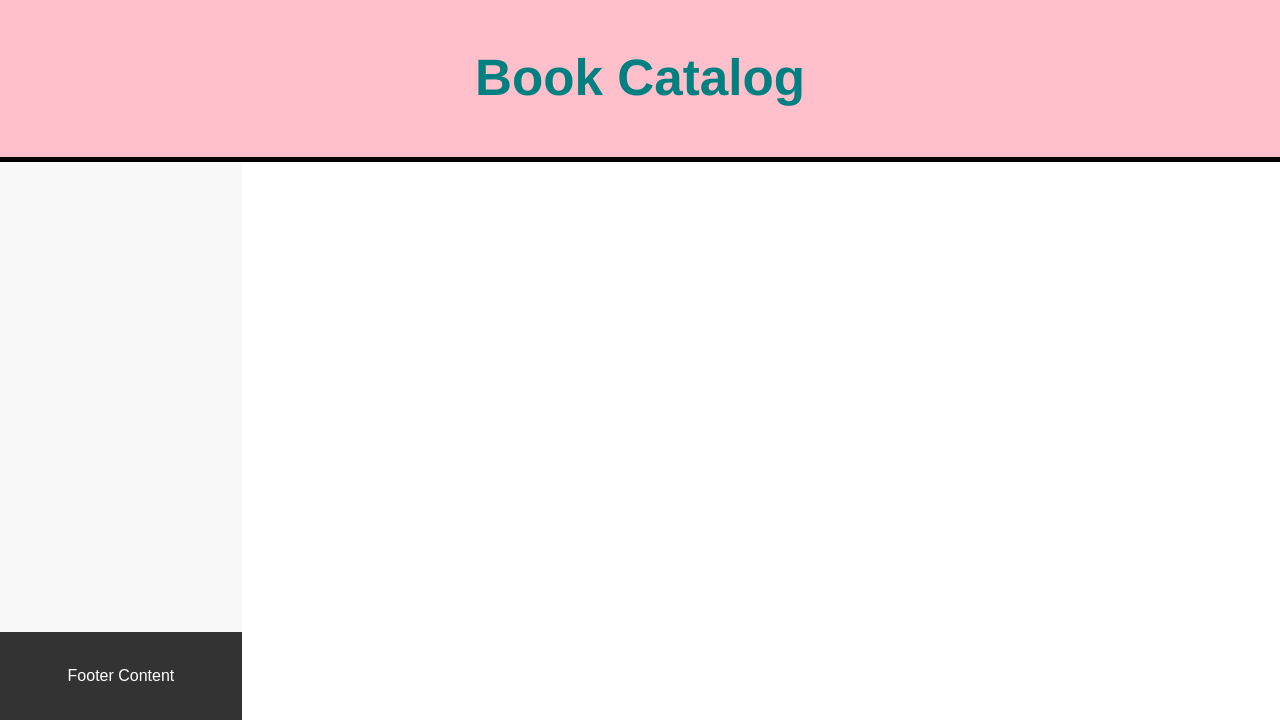
Repository: primcharlin/COMP3170_Lab_Assignment_Components
Page: /
These files come from the project's save history. The page is drawn as it stood at one moment and after the next save; the edit follows.
The browser window is 1280 px wide. The pictures show the whole page.
The page's requests for data from a server got no answer. The project was rebuilt for these pictures with package versions that can differ from the ones it lists, and the page was loaded fresh each time. No one was signed in, and anything a server would have sent is missing. Also part of the build but not shown: vite.config.js.

Above is the page before, as saved 2025-09-12 03:05:57.

After the next save:
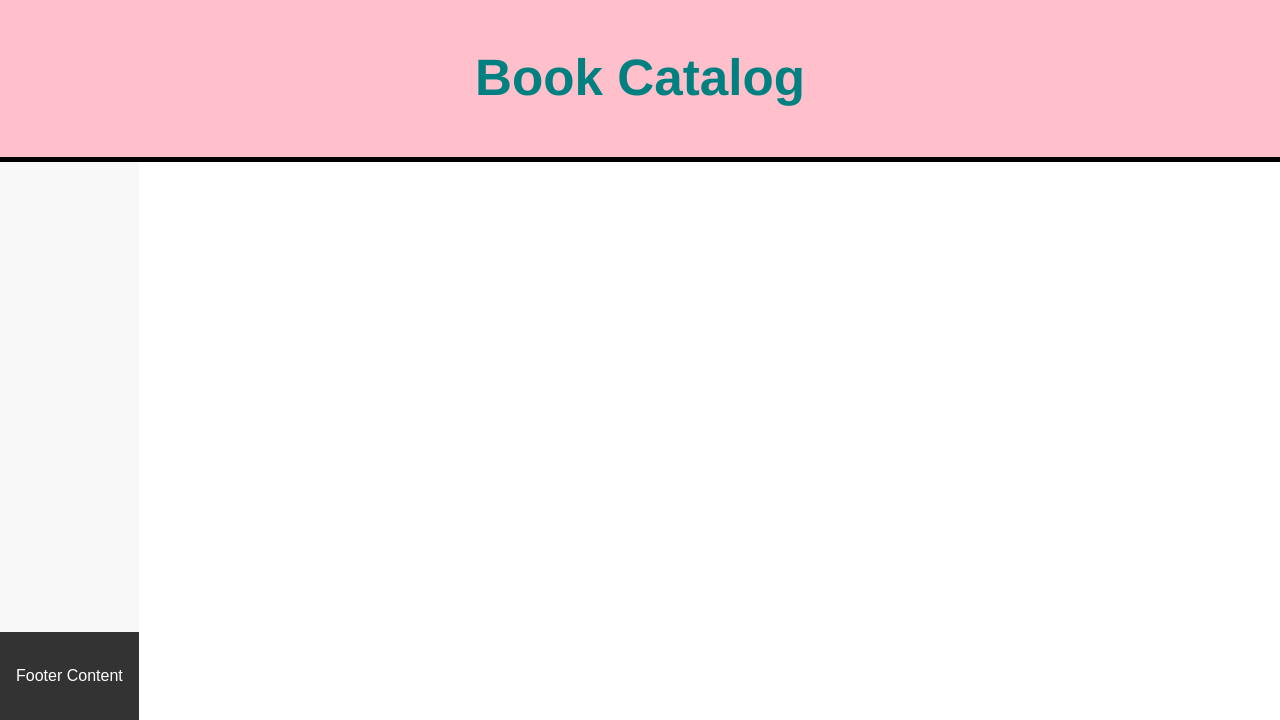
Saved 28 s later.
--- a/src/App.css
+++ b/src/App.css
@@ -71,7 +71,7 @@ img {
     width: 100%;
     flex: 1; /* <— ดันให้กินที่ว่างที่เหลือ */
     display: grid;
-    grid-template-columns: 1fr 1fr; /* 2 คอลัมน์ */
+
     gap: 2rem;
     padding: 0 2em 2em;
 }
